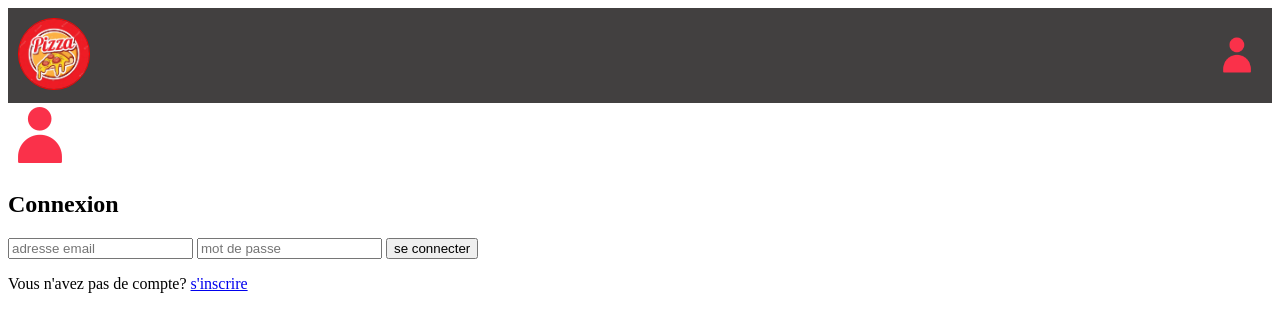
Repository: mlaminebah/PizzaWeb
Page: http://localhost/pizzaweb/Seconnecter
These files come from the project's save history. The page is drawn as it stood at one moment and after the next save; the edit follows.
The browser window is 1280 px wide. The pictures show the whole page.
The page is served by Tomcat 9. Other server files are loaded and not shown.

Above is the page before, as saved 2022-03-21 19:11:55.

### PizzaWeb/pizzaweb/src/main/webapp/seconnecter.jsp
<%@ page language="java" contentType="text/html; charset=UTF-8"
    pageEncoding="UTF-8"%>
<%@ include file="header.jsp" %>
		<section class="login">
	        <img src="images/user.png" alt="profil" id="profilelog">
	        <h1 class="conn">Connexion</h1>
	        <input type="text" placeholder="adresse email" class="incon">
	        <input type="password" placeholder="mot de passe" class="incon">
	        <button class="btncon">se connecter</button>
	        <p>Vous n'avez pas de compte? <a href="sign_up.html">s'inscrire</a> </p>
	    </section>
	</body>
</html>

### PizzaWeb/pizzaweb/src/main/webapp/header.jsp
<%@ page language="java" contentType="text/html; charset=UTF-8"
    pageEncoding="UTF-8"%>
<!DOCTYPE html>
<html>
	<head>
		<meta charset="UTF-8">
		<title>Welcome</title>
		<link href="css/header.css" rel="stylesheet" type="text/css"/>
		<link href="css/basket.css" rel="stylesheet"/>
        <link href="css/dropdown.css" rel="stylesheet"/>
        <link href="css/header.css" rel="stylesheet"/>
        <link href="css/survolPizza.css" rel="stylesheet"/>
        <link href="css/produits.css" rel="stylesheet"/>
        <link rel="stylesheet" href="css/signup.css">
        <link rel="stylesheet" href="css/login.css" type="text/css">
	</head>
	<body>
		<header>
				<nav class="header-left">
			         <a><img class="logo" id="logo" src="images/logo.jpg"/></a>
			    </nav>
			    <nav class="header-right">
			         <img class="profile" id="profile" src="images/user.png"/>
			    </nav>
		</header>

### PizzaWeb/pizzaweb/src/main/java/com/pizza/servlets/Seconnecter.java
package com.pizza.servlets;

import java.io.IOException;
import java.security.NoSuchAlgorithmException;
import java.sql.SQLException;

import javax.servlet.ServletException;
import javax.servlet.annotation.WebServlet;
import javax.servlet.http.HttpServlet;
import javax.servlet.http.HttpServletRequest;
import javax.servlet.http.HttpServletResponse;
import javax.servlet.http.HttpSession;

import com.pizza.model.ConnexionForm;
import com.pizza.model.ListeDesPizzas;
import com.pizza.model.NosPizzas;

/**
 * Servlet implementation class Seconnecter
 */

public class Seconnecter extends HttpServlet {
	private static final long serialVersionUID = 1L;

    /**
     * @see HttpServlet#HttpServlet()
     */
    public Seconnecter() {
        super();
        // TODO Auto-generated constructor stub
    }

	/**
	 * @see HttpServlet#doGet(HttpServletRequest request, HttpServletResponse response)
	 */
	protected void doGet(HttpServletRequest request, HttpServletResponse response) throws ServletException, IOException {
		if (request.getSession().getAttribute("idClient") == null)
			request.getRequestDispatcher("/seconnecter.jsp").forward(request, response);
		else {
			//on va au passage transmettre à la vue la liste des pizzas disponibles
			ListeDesPizzas nosPizzas;

			try {
				nosPizzas = new NosPizzas().getListeDesPizzas();
				//on envoie la liste des pizzas à la vue
				request.setAttribute("pizzas", nosPizzas.getPizzas());
				request.getRequestDispatcher("/commander.jsp").forward(request, response);

			} catch (ClassNotFoundException | SQLException e) {
				// TODO Auto-generated catch block
				e.printStackTrace();
			}

		}
	}

	/**
	 * @see HttpServlet#doPost(HttpServletRequest request, HttpServletResponse response)
	 */
	protected void doPost(HttpServletRequest request, HttpServletResponse response) throws ServletException, IOException {
			//on fait appel à notre classe qui vérifie l'authentification
			ConnexionForm conForm;
			conForm = new ConnexionForm();
			//si la fonction renvoie false ou retourne vers la page de connection (échec authentification)
			try {
				if (!conForm.verifierIdentifiantsCon(request)) {
					request.setAttribute("conForm", conForm);
					this.getServletContext().getRequestDispatcher("/seconnecter.jsp").forward(request, response);//renvoie d'une reponse d'erreur à la vue
				} else {
					//on rededirige vers la page lui permettant de commander

					this.getServletContext().getRequestDispatcher("/commander.jsp").forward(request, response);
				}
			} catch (ClassNotFoundException | SQLException | ServletException | IOException e) {
				// TODO Auto-generated catch block
				e.printStackTrace();
			} catch (NoSuchAlgorithmException e) {
				// TODO Auto-generated catch block
				e.printStackTrace();
			}

	}

}

### PizzaWeb/pizzaweb/src/main/webapp/css/header.css
header {
    display: grid;
    grid-template-columns: 1fr 0.4fr;
    overflow: hidden;
    background-color:rgb(66, 64, 64);
    height: 85px;
    padding: 10px 15px 0px 10px;
}
.header-left .logo {
    width: 70px;
    height: 70px;
    border : 1px solid red;
    border-radius: 50px;
    float: left;
}
.nom {
	color: white;
	float: right;
	padding-top: 35px;
	font-size : 20px;
}

.header-right .profile {
    width: 40px;
    height: 40px;
    padding-top: 17px;
    float: right;
}
.erreur {
	color: red;
}
.success {
	color: green;
}

### PizzaWeb/pizzaweb/src/main/webapp/css/basket.css
main {
    display: flex;
    gap: 20px;
    flex-direction: row;
    margin-top: 10px;
}
section {
    width: 1000px;
    height: auto;
    border-bottom: 0px solid rgb(243, 207, 207);
}
aside {
    width:470px;
    height: auto;
    border: 1px solid rgb(243, 207, 207);
}

.select {
    display: grid;
    grid-template-columns: 1fr;
    border-bottom: 1px solid rgb(243, 207, 207);
}

.monPan,.tablePan {
	text-align:center
}
.elem {
	text-align:center;
}
.total {
	text-align:right;
}
.ppan {
	heigth:50px;
	width:50px;
}
.sub {
	color:orange;
	font-size: 30px;
	font-family:bold;
	text-decoration: none;
}
.sup {
	color:red;
	font-size: 20px;
	font-family:bold;
	text-decoration: none;
}

### PizzaWeb/pizzaweb/src/main/webapp/css/dropdown.css
/* Dropdown button */
.dropdown .dropbtn {
    font-size: 16px;
    border: none;
    outline: none;
    color:black;

    background-color: inherit;
    font-family: inherit; /* Important for vertical align on mobile phones */
    margin: 0; /* Important for vertical align on mobile phones */
}
/* Dropdown content (hidden by default) */
.dropdown-content {
    display: none;
    position: absolute;
    background-color: #f9f9f9;
    min-width: 160px;
    box-shadow: 0px 8px 16px 0px rgba(0,0,0,0.2);
    z-index: 1;
}
/* Links inside the dropdown */
.dropdown-content a {
    float: none;
    color: black;
    padding: 12px 16px;
    text-decoration: none;
    display: block;
    text-align: left;
  }

  /* Add a grey background color to dropdown links on hover */
  .dropdown-content a:hover {
    background-color: #ddd;
  }

  /* Show the dropdown menu on hover */
  .dropdown:hover .dropdown-content {
    display: block;
  }

### PizzaWeb/pizzaweb/src/main/webapp/css/produits.css
.produits {
    display: grid;
    grid-template-columns: 1fr 1fr 1fr;
    gap:35px;
    margin-top: 15px;
}

.product {
    max-width: 90%;
    padding: 0 4px;
    height: 190px;
    border: 0px solid rgb(243, 207, 207);
}
.product img {
    margin-top: 8px;
    margin-left: 15%;
    width: 70%;
    height: 70%;
}
.product .prix {
    font-size: 20px;
}
.product table {
    margin-left: 40px;
}
.product .icone_add {
    margin-left: 50px;
    margin-top: -2px;
}

### PizzaWeb/pizzaweb/src/main/webapp/css/signup.css
.signup {
    width: 420px;
    height: 610px;
    top: 60%;
    left: 50%;
    position: absolute;
    transform: translate(-50%,-50%);
    box-sizing: border-box;
    padding: 70px 30px;
    border: 1px solid #f1f1f1;
    background: #fff;
    box-shadow: 0 0 20px 0 rgba(0, 0, 0, 0.2), 0 5px 5px 0 rgba(0, 0, 0, 0.24);
}
.profil {
    width: 80px;
    height: 80px;
    position: absolute;
    top: -10px;
    left: calc(50% - 50px);
    border: 50%;


}

.sinscrire{
    margin: 0;
    padding: 0;
    text-align: center;
    font-size: 22px;
}

.sig{
    width: 100%;
    margin-bottom: 20px;
    border: none;
    background: transparent;
    border-bottom: 1px solid white;
    height: 40px;
    font-size: 16px;
    outline: none;

}
.bsins {
    width: 100%;
    margin-bottom: 20px;
    height: 40px;
    background-color:rgb(66, 64, 64);
    color: white;
}

### PizzaWeb/pizzaweb/src/main/webapp/css/login.css

.connexion{
    width:400px;
    margin:0 auto;
    margin-top:10%;
}
/* Bordered form */
.formcon {
    left: center;
    width:100%;
    padding: 30px;
    border: 1px solid #f1f1f1;
    background: #fff;
    box-shadow: 0 0 20px 0 rgba(0, 0, 0, 0.2), 0 5px 5px 0 rgba(0, 0, 0, 0.24);
}
.formcon h1{
    position: relative;
    width: 100%;
    margin: auto;
    padding-bottom: 10px;
}
.noAccount{
    color: solid #ccc;
    width: 100%;
    margin: auto;
    padding-top: 80px;
}

/* Full-width inputs */
.mp,.log {
    width: 100%;
    padding: 12px 20px;
    margin: 8px 0;
    display: inline-block;
    border: 1px solid #ccc;
    box-sizing: border-box;
}

/* Set a style for all buttons */
.valid {
    background-color:rgb(66, 64, 64);
    color: white;
    padding: 14px 20px;
    float: right;
    margin: 8px 0;
    border: none;
    cursor: pointer;
    width: 50%;
    border: 1px solid rgb(255, 255, 255);
}
valid:hover {
    background-color: white;
    color: rgb(200, 235, 47);
    border: 1px solid rgb(175, 197, 76);
}

Loaded but not shown: PizzaWeb/pizzaweb/src/main/webapp/css/survolPizza.css (no copy from this time; the picture is the same without it)

After the next save:
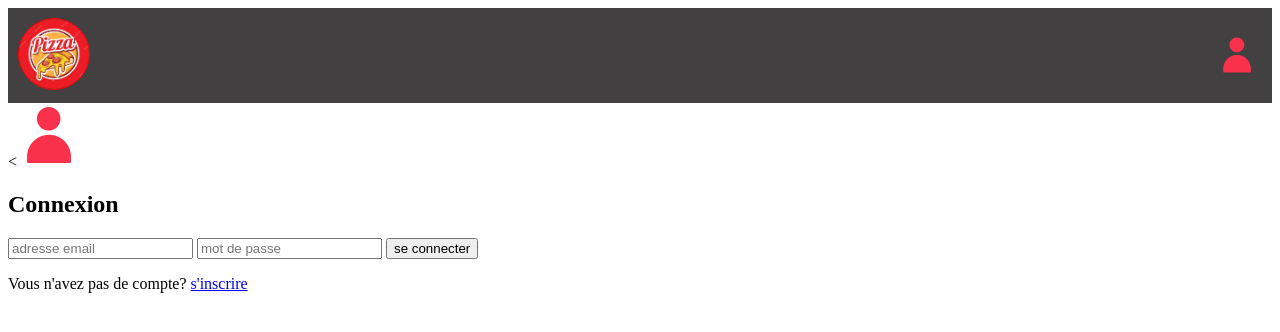
Saved 11 min 11 s later.
--- a/PizzaWeb/pizzaweb/src/main/webapp/seconnecter.jsp
+++ b/PizzaWeb/pizzaweb/src/main/webapp/seconnecter.jsp
@@ -2,7 +2,7 @@
     pageEncoding="UTF-8"%>
 <%@ include file="header.jsp" %>
 		<section class="login">
-	        <img src="images/user.png" alt="profil" id="profilelog">
+	        <<img src="images/user.png" alt="profil" id="profilelog">
 	        <h1 class="conn">Connexion</h1>
 	        <input type="text" placeholder="adresse email" class="incon">
 	        <input type="password" placeholder="mot de passe" class="incon">
